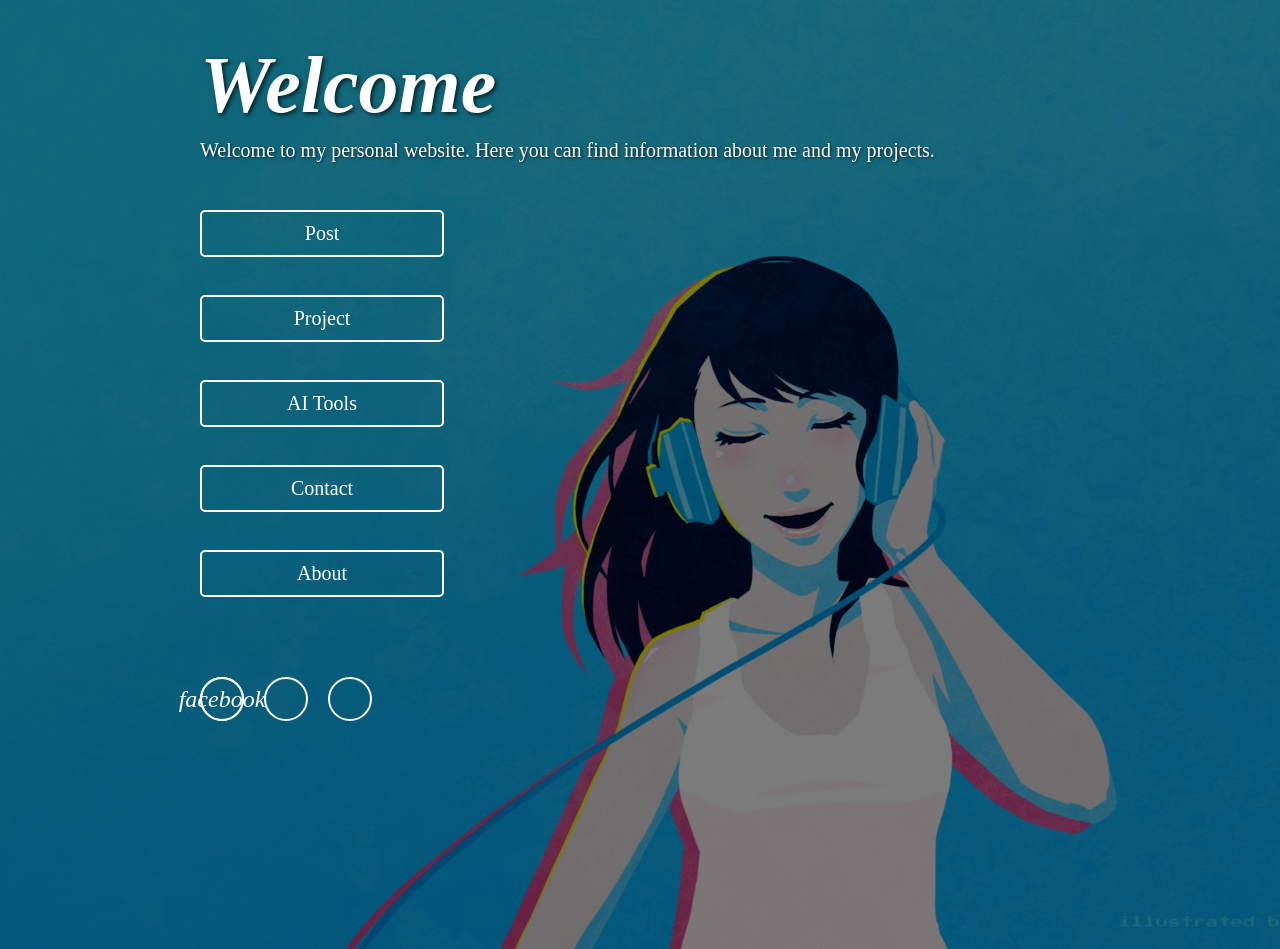
Repository: cydxf/cydxf.github.io
Page: index.html
These files come from the project's save history. The page is drawn as it stood at one moment and after the next save; the edit follows.
The browser window is 1280 px wide. The pictures show the whole page.

Above is the page before, as saved 2024-08-02 03:11:46.

### index.html
<!DOCTYPE html>
<html lang="en">
<head>
    <meta charset="UTF-8">
    <meta name="viewport" content="width=device-width, initial-scale=1.0">
    <title>My Personal Website</title>
    <link rel="stylesheet" href="css/styles.css">
    <link rel="stylesheet" href="https://fonts.googleapis.com/icon?family=Material+Icons">
</head>
<body>
    <main>
        <section id="home" class="hero">
            <div class="hero-content">
                <h1>Welcome</h1>
                <p>Welcome to my personal website. Here you can find information about me and my projects.</p>
                <div class="button-group">
                    <a href="https://example.com" class="button">Post</a>
                    <a href="https://example.com" class="button">Project</a>
                    <a href="https://example.com" class="button">AI Tools</a>
                    <a href="https://example.com" class="button">Contact</a>
                    <a href="https://example.com" class="button">About</a>
                </div>
                <div class="social-buttons">
<a href="https://www.facebook.com" class="social-button" aria-label="Facebook">
    <i class="social-button">facebook</i>
</a>
                    <a href="https://www.twitter.com" class="social-button" aria-label="Twitter"><i class="fab fa-twitter"></i></a>
                    <a href="https://www.instagram.com" class="social-button" aria-label="Instagram"><i class="fab fa-instagram"></i></a>
                </div>
            </div>
        </section>
        <section id="about">
            <h2>About Me</h2>
            <p>This is the about section where you can find more information about me.</p>
        </section>
        <section id="projects">
            <h2>Projects</h2>
            <p>Here are some of my recent projects.</p>
            <ul>
                <li>Project 1</li>
                <li>Project 2</li>
                <li>Project 3</li>
            </ul>
        </section>
        <section id="contact">
            <h2>Contact</h2>
            <p>If you want to get in touch, please contact me via email.</p>
        </section>
    </main>
    <footer>
        <p>&copy; 2024 Huang Jiaxi</p>
    </footer>
    <script src="js/script.js"></script>
    </head>
</body>
</html>

### css/styles.css
body, html {
    margin: 0;
    padding: 0;
    height: 100%;
    width: 100%;
}

.hero {
    position: absolute;
    width: 100%;
    height: 131.8vh; /* Viewport height */
    left: 0;
    top: 0;
    background-image: url('../resource/image/shigiChannelArt_clean.jpg'); /* 首页大图  */
    background-size: cover;
    background-position: center;
    background-repeat: no-repeat;
    color: #fff;
    display: flex;
    justify-content: flex-start;
    align-items: flex-start;
    text-align: left;
}

.hero:before{
    content: '';
    position: absolute;
    top: 0;
    left: 0;
    width: 100%;
    height: 100%;
    background: rgba(0, 0, 0, 0.4);
    z-index: 1;
}

.hero-content {
    position: relative;
    z-index: 2;
    padding: 40px;
    margin-left: 160px;
}

.hero h1 {
    font-style: italic;
    font-size: 5rem; /* 适当调整标题字体大小 */
    margin: 0;
    padding: 0;
    text-shadow: 2px 2px 4px rgba(0, 0, 0, 0.7); /* 添加文本阴影使其更清晰 */
}

.hero p {
    font-style:initial;
    font-size: 1.25rem; /* 适当调整副标题字体大小 */
    margin-top: 0.5rem;
    text-shadow: 1px 1px 3px rgba(0, 0, 0, 0.7); /* 添加文本阴影使其更清晰 */
}

.button-group {
    display: flex;
    flex-direction: column; /* Stack buttons vertically */
    gap: 10px; /* Space between buttons */
}

.button {
    display: inline-block;
    padding: 10px 20px;
    margin-top: 28px; /* Adds spacing between text and button */
    font-size: 1.25rem;
    color: #fff; /* Text color */
    background-color: transparent; /* Transparent background */
    border: 2px solid #fff; /* White border */
    border-radius: 5px;
    text-decoration: none;
    text-align: center;
    transition: background-color 0.3s ease, color 0.3s ease; /* Smooth transition on hover */
    max-width: 200px; /* Limit maximum width */
    width: auto; /* Allow width to adjust based on content */
}

.button:hover {
    background-color: #fff; /* White background on hover */
    color: #000; /* Change text color on hover if needed */
    border-color: #fff; /* Keep border color white on hover */
}

.social-buttons {
    display: flex;
    gap: 20px; /* Space between social buttons */
    margin-top: 80px; /* Add spacing above social buttons */
}

.social-button {
    display: inline-flex;
    align-items: center;
    justify-content: center;
    width: 40px; /* Set width for icon buttons */
    height: 40px; /* Set height for icon buttons */
    font-size: 1.5rem; /* Adjust icon size */
    color: #fff; /* Icon color */
    background-color: transparent; /* Transparent background */
    border: 2px solid #fff; /* White border */
    border-radius: 50%; /* Circular button */
    text-decoration: none;
    transition: background-color 0.3s ease, color 0.3s ease; /* Smooth transition on hover */
}

.social-button:hover {
    background-color: #fff; /* White background on hover */
    color: #000; /* Change icon color on hover */
    border-color: #fff; /* Keep border color white on hover */
}

### js/script.js
document.addEventListener("DOMContentLoaded", function() {
    const links = document.querySelectorAll("nav ul li a");

    links.forEach(link => {
        link.addEventListener("click", function(event) {
            event.preventDefault();
            const targetId = this.getAttribute("href").substring(1);
            const targetSection = document.getElementById(targetId);
            window.scrollTo({
                top: targetSection.offsetTop,
                behavior: "smooth"
            });
        });
    });
});

After the next save:
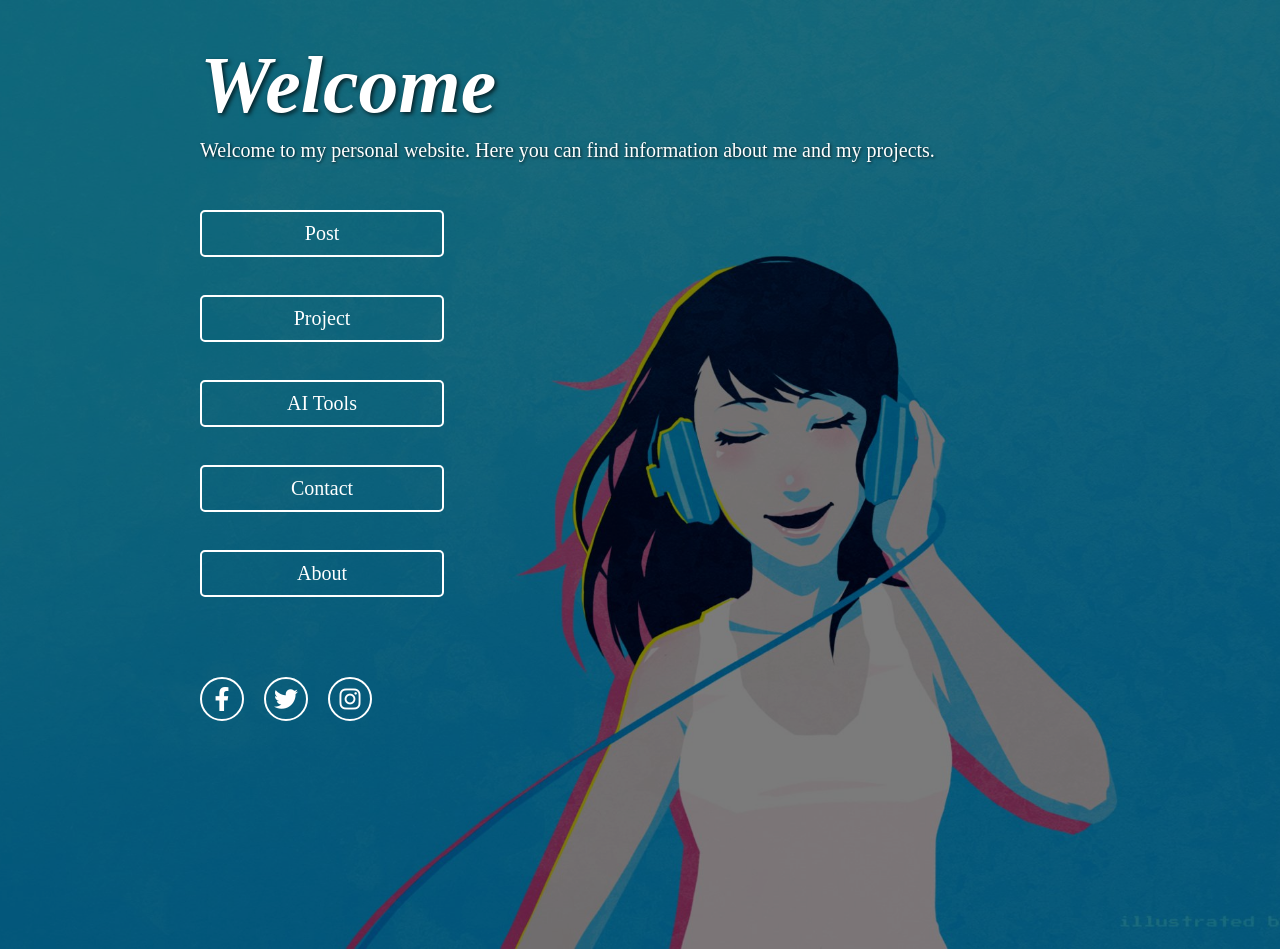
Saved 8 min 45 s later.
--- a/index.html
+++ b/index.html
@@ -5,7 +5,7 @@
     <meta name="viewport" content="width=device-width, initial-scale=1.0">
     <title>My Personal Website</title>
     <link rel="stylesheet" href="css/styles.css">
-    <link rel="stylesheet" href="https://fonts.googleapis.com/icon?family=Material+Icons">
+    <link rel="stylesheet" href="https://cdnjs.cloudflare.com/ajax/libs/font-awesome/6.0.0-beta3/css/all.min.css">
 </head>
 <body>
     <main>
@@ -21,9 +21,9 @@
                     <a href="https://example.com" class="button">About</a>
                 </div>
                 <div class="social-buttons">
-<a href="https://www.facebook.com" class="social-button" aria-label="Facebook">
-    <i class="social-button">facebook</i>
-</a>
+                    <a href="https://www.facebook.com" class="social-button" aria-label="Facebook">
+                        <i class="fab fa-facebook-f"></i>
+                    </a>
                     <a href="https://www.twitter.com" class="social-button" aria-label="Twitter"><i class="fab fa-twitter"></i></a>
                     <a href="https://www.instagram.com" class="social-button" aria-label="Instagram"><i class="fab fa-instagram"></i></a>
                 </div>
